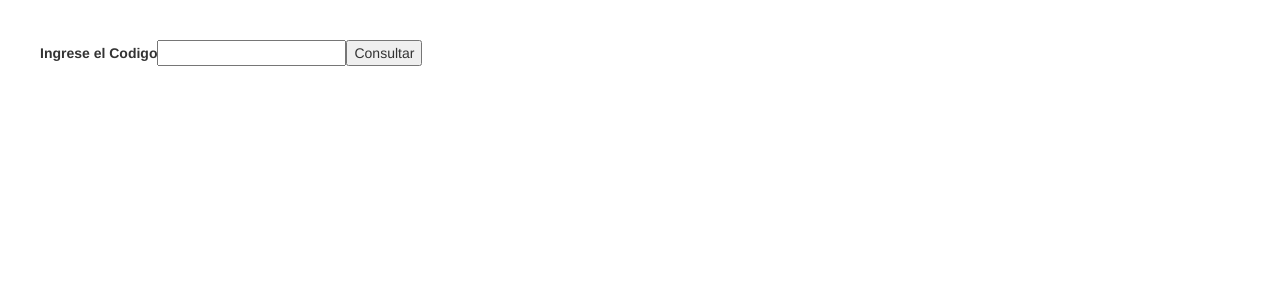
Repository: yoshitomimaehara/sdpa
Page: http://localhost/Sistema_de_Pruebas_Academicas/alumno_consultar.jsp
An editor plug-in stored every save of this project. The page is shown before and after the next save, followed by the edit.
The browser window is 1280 px wide. The pictures show the whole page.
The page is served by Tomcat 9.

Above is the page before, as saved 2013-10-06 22:37:03.
Console error: TypeError: $(...).alert is not a function

After the next save:
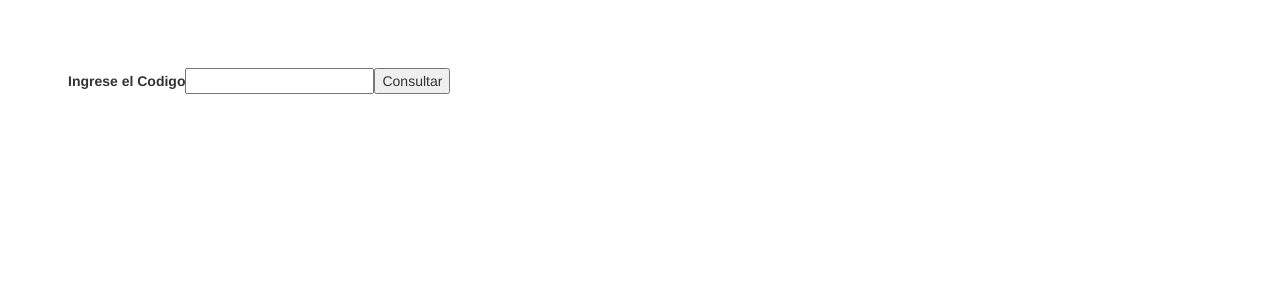
Saved 44 s later.
--- a/Web/Sistema de Pruebas Academicas/Sistema de Pruebas Academicas/WebContent/alumno_consultar.jsp
+++ b/Web/Sistema de Pruebas Academicas/Sistema de Pruebas Academicas/WebContent/alumno_consultar.jsp
@@ -27,7 +27,7 @@
 
 </head>
 <body>
-	<form action="consultaalumno" method="post">
+	<form action="consultaalumno" method="post" class="formulario_adptado">
 	<label>Ingrese el Codigo</label><input type="text" name="idAlumno"/><input type="button" name="BtnConsultar" value="Consultar"/>
 	</form>
 	<%
